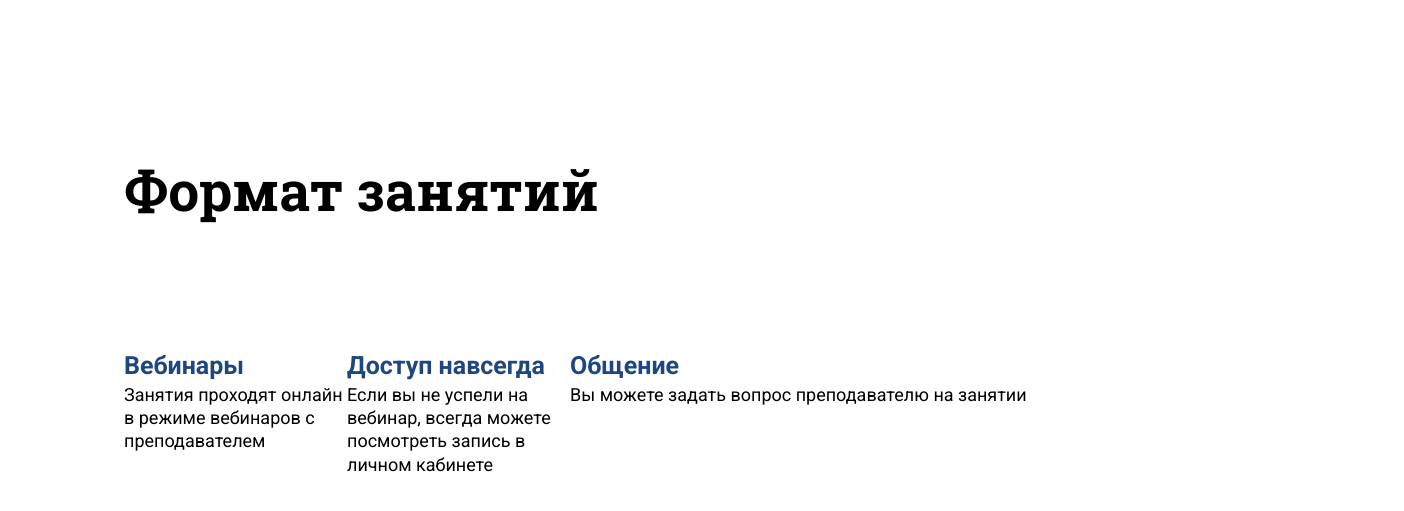
Repository: PoladEziz/Task2
Page: index.html
The author's editor kept a copy of each file at every save. The page is drawn from the files as they stood at one save, then again after a run of saves.
The browser window is 1280 px wide. The page is 1404 px wide, so the pictures cover 1404 px, including what lies to the right of the window. The pictures show the whole page.

Above is the page before, as saved 2023-05-04 17:29:57.

### index.html
<!DOCTYPE html>
<html lang="en">

<head>
    <meta charset="UTF-8">
    <meta http-equiv="X-UA-Compatible" content="IE=edge">
    <meta name="viewport" content="width=device-width, initial-scale=1.0">
    <title>Document</title>
    <link rel="stylesheet" href="index.css">
</head>

<body>
    <div class="main">
        <div class="page-1">
            <h1>Формат занятий</h1>
            <div class="top_child">

                <ul>
                    <li>
                        <h2>Вебинары</h2>
                        <p>Занятия проходят онлайн
                            в режиме вебинаров
                            с преподавателем</p>
                    </li>

                    <li>
                        <h2>Доступ навсегда</h2>
                        <p>Если вы не успели на вебинар, всегда можете посмотреть запись в личном кабинете</p>
                    </li>

                    <li>
                        <h2>Общение</h2>
                        <p>Вы можете задать вопрос
                            преподавателю на занятии</p>
                    </li>


                </ul>
            </div>

        </div>
        <!-- <div class="page-2">
            <h1>Что узнаем</h1>
            <ul>
                <li>Кто чем занят в съёмочной группе; </li>
                <li>На какие этапы делится кинопроизводство; </li>
                <li>Как выглядит сценарий фильма и как он меняется по ходу съёмок; </li>
                <li>Какими методами режиссёры заставляют нас смеяться, плакать и грустить; </li>
                <li>Как построение кадра, музыка и свет помогают считывать заложенные в фильм смыслы; </li>
                <li>Какие жанры есть в кино и как от них зависит работа операторов, осветителей и монтажёров; </li>
                <li>Как, зная всё это, понимать, о чем фильм.</li>
            </ul>




        </div> -->


    </div>
</body>

</html>

### index.css
@import url('https://fonts.googleapis.com/css2?family=Roboto+Slab:wght@700&family=Roboto:wght@700&display=swap');
@import url('https://fonts.googleapis.com/css2?family=Roboto&family=Roboto+Slab:wght@700&display=swap');

* {
    margin: 0;
    padding: 0;
}

.main {
    width: 100%;
    display: flex;
    flex-direction: column;
}

.page-1{
    width: 100%;
    padding-top: 162px;
    padding-left: 124px;
}

.page-1  h1 {
    margin-bottom: 133px;
    font-family: "Roboto Slab";
    font-style: normal;
    font-weight: 700;
    font-size: 55px;
    line-height: 55px;
}
.page-1 ul{
    display: flex;
}
.page-1 ul li {
    list-style-type: none;
}
li:nth-child(1) {
width: 223px;
}
li:nth-child(2) {
    width: 223px;
    }
.page-1 ul li h2 {
    font-family: 'Roboto';
    font-style: normal;
    font-weight: 700;
    font-size: 25px;
    line-height: 130%;
    color: #1E4681;
}

.page-1 ul li p {
 font-family: 'Roboto';
font-style: normal;
font-weight: 400;
font-size: 18px;
line-height: 130%;
}

.top_child {
    display: flex;
    flex-direction: row;
    width: 100%;
}

.page-1 h1 {
    width: 100%;
}

.bot_box {
    width: 100%;
    display: flex;
    flex-direction: column;
}

.bot_box h1 {
    font-family: Roboto Slab;
    font-size: 55px;
    font-weight: 700;
    line-height: 56px;
    text-align: left;

}

.bot_box ul li {
    font-family: Roboto;
    font-size: 24px;
    font-weight: 400;
    line-height: 36px;
    text-align: left;

}

After the next 2 saves:
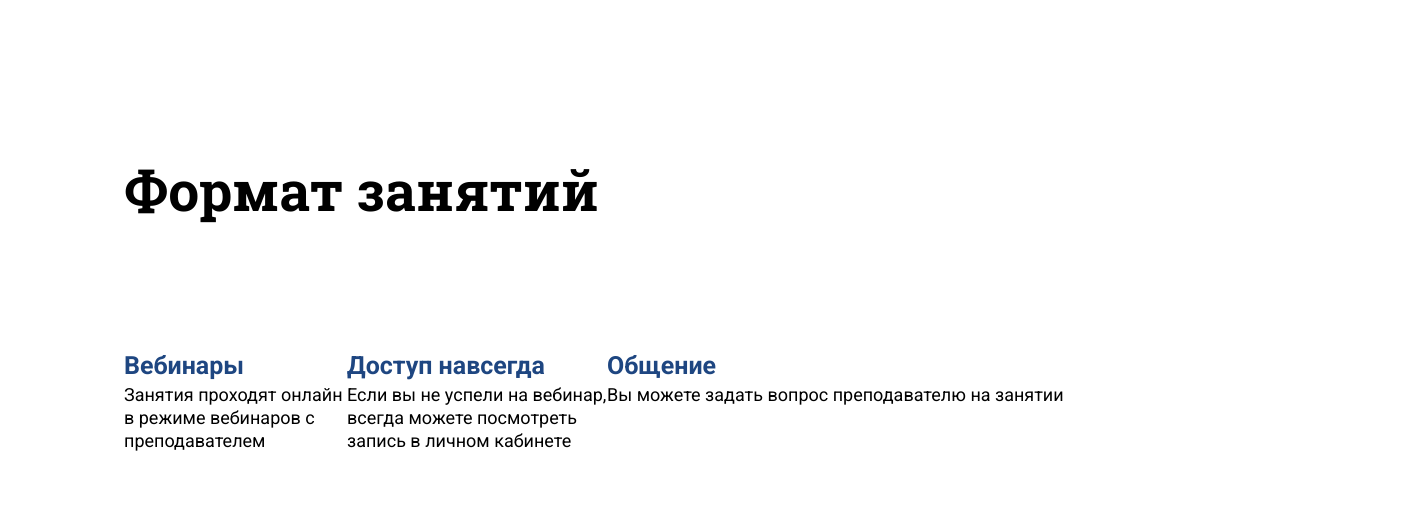
The 2 saves are shown as one change because they came seconds apart.
The last was saved 6 s later.
--- a/index.css
+++ b/index.css
@@ -36,7 +36,7 @@ li:nth-child(1) {
 width: 223px;
 }
 li:nth-child(2) {
-    width: 223px;
+    width: 260px;
     }
 .page-1 ul li h2 {
     font-family: 'Roboto';
